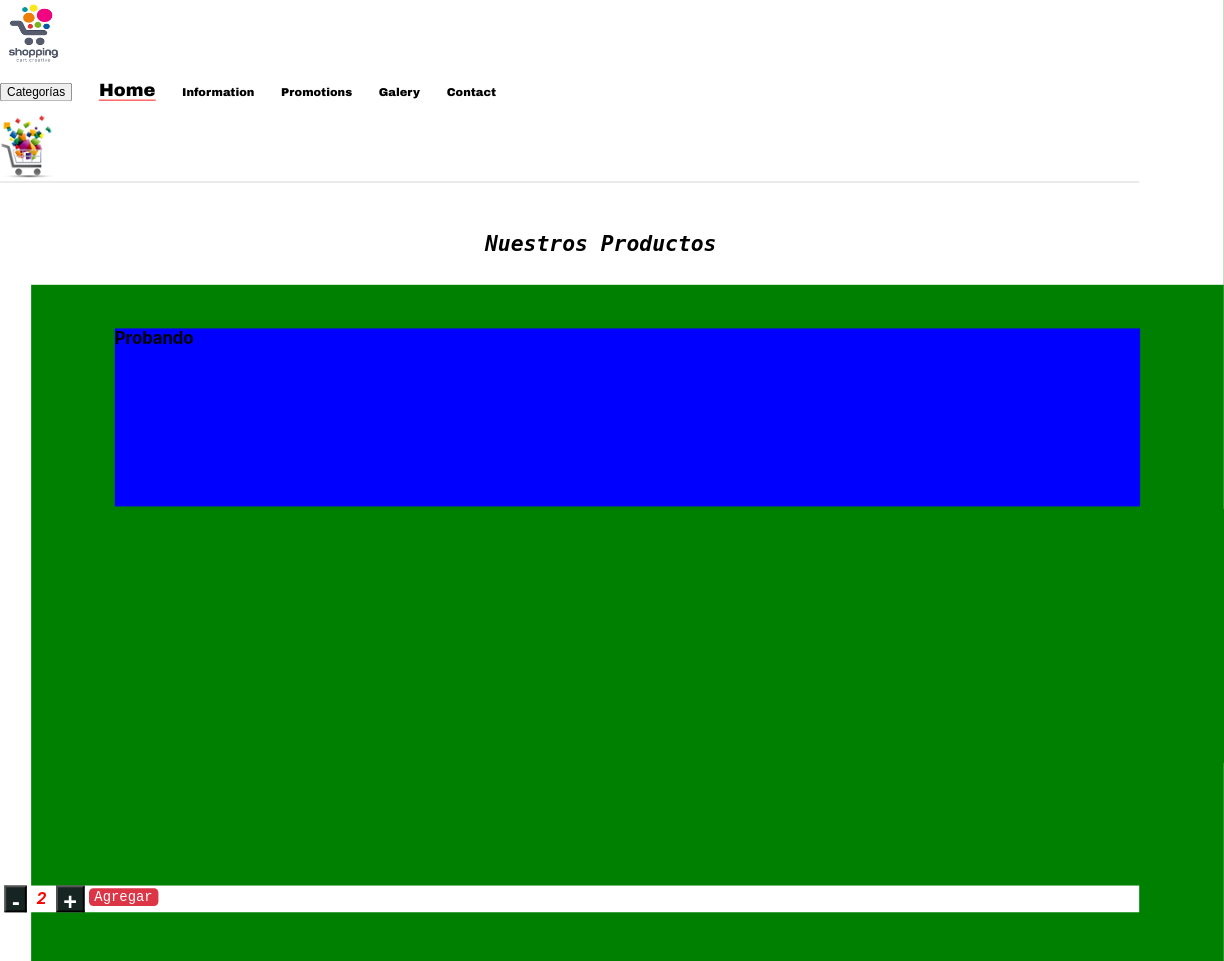
Repository: gustavomanuelquintana/CoderRepository
Page: / (app in cards-commers/)
The author's editor kept a copy of each file at every save. The page is drawn from the files as they stood at one save, then again after the next save.
The browser window is 1280 px wide. The page is 1375 px wide, so the pictures cover 1375 px, including what lies to the right of the window. The pictures show the whole page, at 89% of full size.
The project was rebuilt for these pictures with package versions that can differ from the ones it lists, and the page was loaded fresh each time.

Above is the page before, as saved 2020-10-31 14:06:46.

### cards-commers/src/App.js
import React from "react";
import NavBar from "./Components/NavBar/NavBar";
import ItemListContainer from "./Components/ItemListContainer/ItemListContainer";
import ItemCount from "./Components/ItemCount/ItemCount";

function App() {
  let stock= 14;
  const handleAdd = (counter) => {
    return ({stock}) => {
      if (stock <=0){
        alert('No hay stock')
      }else {
        alert(`Se van agregar ${counter} articulos`)
      }
    }
  }

  return (
    <div className="App">
        <NavBar />
        <ItemListContainer titulo='Nuestros Productos'/>
        <ItemCount onAdd={handleAdd}  stock={stock} initial={2} />
    </div>
  );
}

export default App;

### cards-commers/src/Components/NavBar/NavBar.js
import React from "react";
import ImageNavBar from "../../Images/cards-logo.png";
import CartWidget from "../CartWidget/CartWidget";
import Dropdown from "react-bootstrap/Dropdown";
import "./NavBar.css";

const styleFont = {
  fontSize: 20,
  borderBottom: "1px solid red",
};

function NavBar() {
  return (
    <div className=" col-12">
      <div className="header-navBar col-12">
        <div className="row col-12">
          <div className="Logo-navBar col-1">
            <a href="index.html">
            <img src={ImageNavBar} alt="logo" width="75" height="70" />
            </a>
          </div>
          <div className="Links-navBar col-10 mt-3">
            <ul className="List-navBar">
              <li>
                <Dropdown>
                  <Dropdown.Toggle  variant="danger" id="dropdown-basic">
                    Categorías
                  </Dropdown.Toggle>

                  <Dropdown.Menu>
                    <Dropdown.Item   href="#/action-1">
                      Deportes / Fitness
                    </Dropdown.Item>
                    <Dropdown.Item href="#/action-2">
                      Hogar / Electrodomésticos
                    </Dropdown.Item>
                    <Dropdown.Item href="#/action-3">Vehículos</Dropdown.Item>
                  </Dropdown.Menu>
                </Dropdown>
              </li>
              <li>
                <a style={styleFont} href="#">
                  Home
                </a>
              </li>
              <li>
                <a href="#">Information</a>
              </li>
              <li>
                <a href="#">Promotions </a>
              </li>
              <li>
                <a href="#">Galery</a>
              </li>
              <li>
                <a href="#">Contact</a>
              </li>
            </ul>
          </div>
          <div className="carrito-navBar col-1">
            <CartWidget />
          </div>
        </div>
      </div>
    </div>
  );
}

export default NavBar;

### cards-commers/src/Components/ItemListContainer/ItemListContainer.js
import React, {useState, useEffect} from 'react';
import './ItemListContainer.css';
import ItemList from './ItemList/ItemList';

const getList = () => {
    return new Promise( (res) => {
        let products;
        res(
            products = ["nike", "Airmax", "Running fast"]
        )
    });
}


function ItemListContainer({titulo}){
    const [itemList, setItemList] = useState([]);

    // Use effect
    useEffect( () => {
        getList().then( mercaderia => {
           setItemList(mercaderia);
        });
    },[]); // End useEffect

    return (
        <div className="container">
            <h2>{titulo}</h2>
        <ItemList items={itemList} />
        </div>
    );
}



export default ItemListContainer;

### cards-commers/src/Components/ItemCount/ItemCount.js
import React, {useState} from 'react';
import ButtonsCount from './ButtonsCount/ButtonsCount';
import ViewCount from './ViewCount/ViewCount';
import AgregarCount from './AgregarCount/AgregarCount';


    const styleContain={
        backgroundColor:"white",
        display:"flex",
    }
    const styleBox = {
        color:"red",
        fontWeight:"bold",
        fontSize:"1.1em",
        lineHeight:"18px",
        display:"flex",
        justifyContent:"center",
        width:"100px",
        height:"30px",
    }
    const boxAdd ={
        fontWeight: "bold",
        fontSize: "1em",
        color: "red",
    }
    export default function ItemCount({onAdd,stock,initial}) {
        let [counter, counterState] = useState(initial);

    const onClickButton = (amount) => {
        return () => {
            let total = (amount < 0) ? 0 : amount;
            let limiter = (total > stock) ? stock: total;
            counterState(limiter);

        }
    }

    let props = {counter, counterState}

    return (
        <div className="section-car" style={styleContain}>
        <div className="box-count" style={styleBox}>
            <ButtonsCount suma={false} onClick={onClickButton} {...props} />
             <ViewCount value={counter}/>
             <ButtonsCount suma={true} onClick={onClickButton}  {...props}/>
        </div>

        <div  className="box-add" style={boxAdd}> <AgregarCount onAdd= {onAdd} {...{counter}}/> </div>
        </div>
        );
}

### cards-commers/src/Components/CartWidget/CartWidget.js
import React from 'react';
import ImageCarrito from "../../Images/carrito-img.png";

function CartWidget(){
    return (
        <a href="#">
         <img src={ImageCarrito}/>
        </a>
    )
}

export default CartWidget;

### cards-commers/src/Components/NavBar/NavBar.css
img {
  max-width: 100%;
}
.header-navBar {
  background-color: white;
  display: flex;
  width: 100%;
  border-bottom: 1px solid lightgrey;
}

.Logo-navBar img {
  max-height: 8em;
  max-width: 8em;
}
.Links-navBar ul li {
  display: inline-block;
  margin-right: 35px;
  margin: 0 70px 0 -40px;
}
.Links-navBar ul li a {
  color: black;
  font-family: Arial Black;
  font-size: 0.8em;
  font-weight: bold;
  text-decoration: none;
}

### cards-commers/src/Components/ItemListContainer/ItemListContainer.css
.container{
    width:100%;
    max-height:100vh;
    margin: 0.25 auto;
    padding: 35px;
}
.container h2{
    text-align:center;
    font-family: "monospace";
    font-weight:bold;
    font-style: italic;
}

### cards-commers/src/Components/ItemListContainer/ItemList/ItemList.js
import React, {useState, useEffect} from 'react';
import './ItemList.css';
import Item from '../Item/Item';




function ItemList({items}){
return <div className="itemList">
        <Item />
     </div>
}


export default ItemList;

### cards-commers/src/Components/ItemCount/ButtonsCount/ButtonsCount.js
import React from "react";
const styleButton = {
    fontWeight: "bold",
    fontSize:"1.5em",
    background: "#172522",
    color: "white",
    margin:"0 auto",
    height:"100%",
}

export default function ButtonsCount({suma,onClick,counter,counterState}) {

    let signo = suma ? '+' : '-';

    let amount = suma ? (counter + 1) : (counter - 1);

  return ( <button onClick={onClick(amount)} style={styleButton}>{signo}</button> )
}

### cards-commers/src/Components/ItemCount/ViewCount/ViewCount.js
import React from 'react';

const countnumber = {
    margin:"0.35em auto",
    fontStyle:"italic",

}

export default function ViewCount({value}){

    return(
        <div style={countnumber} className="countNumber">{value}</div>
    )
}

### cards-commers/src/Components/ItemCount/AgregarCount/AgregarCount.js
import React from 'react';

const agregarcount = {
    borderRadius:"5px",
    border:"none",
    margin:"0.2em auto",
    background:"#dc3545",
    color:"white",
    fontFamily:"monospace",
    fontSize:"1.2em",
}
export default function AgregarCount({onAdd, counter}){

    const agregarCount = () =>{};

    return(
        <div>
            <button style={agregarcount} onClick={onAdd(counter)}>Agregar</button>
        </div>
    )
}

### cards-commers/src/Components/ItemListContainer/ItemList/ItemList.css
.itemList{
    width:100%;
    height:700px;
    background-color:green;
    padding:30px 30px 30px 30px;
    margin:2em auto;
}

### cards-commers/src/Components/ItemListContainer/Item/Item.js
import React from 'react';
import './Item.css'

function Item(){
    return <div className="Item">
        <h3>Probando</h3>
    </div>

}

export default Item;

### cards-commers/src/Components/ItemListContainer/Item/Item.css
.Item{
    background-color: blue;
    margin:0.25em auto;
    width:90%;
    height:200px;
}

Loaded but not shown: cards-commers/public/index.html (common file); cards-commers/src/index.js (common file); cards-commers/src/index.css (common file); cards-commers/src/serviceWorker.js (common file)

After the next save:
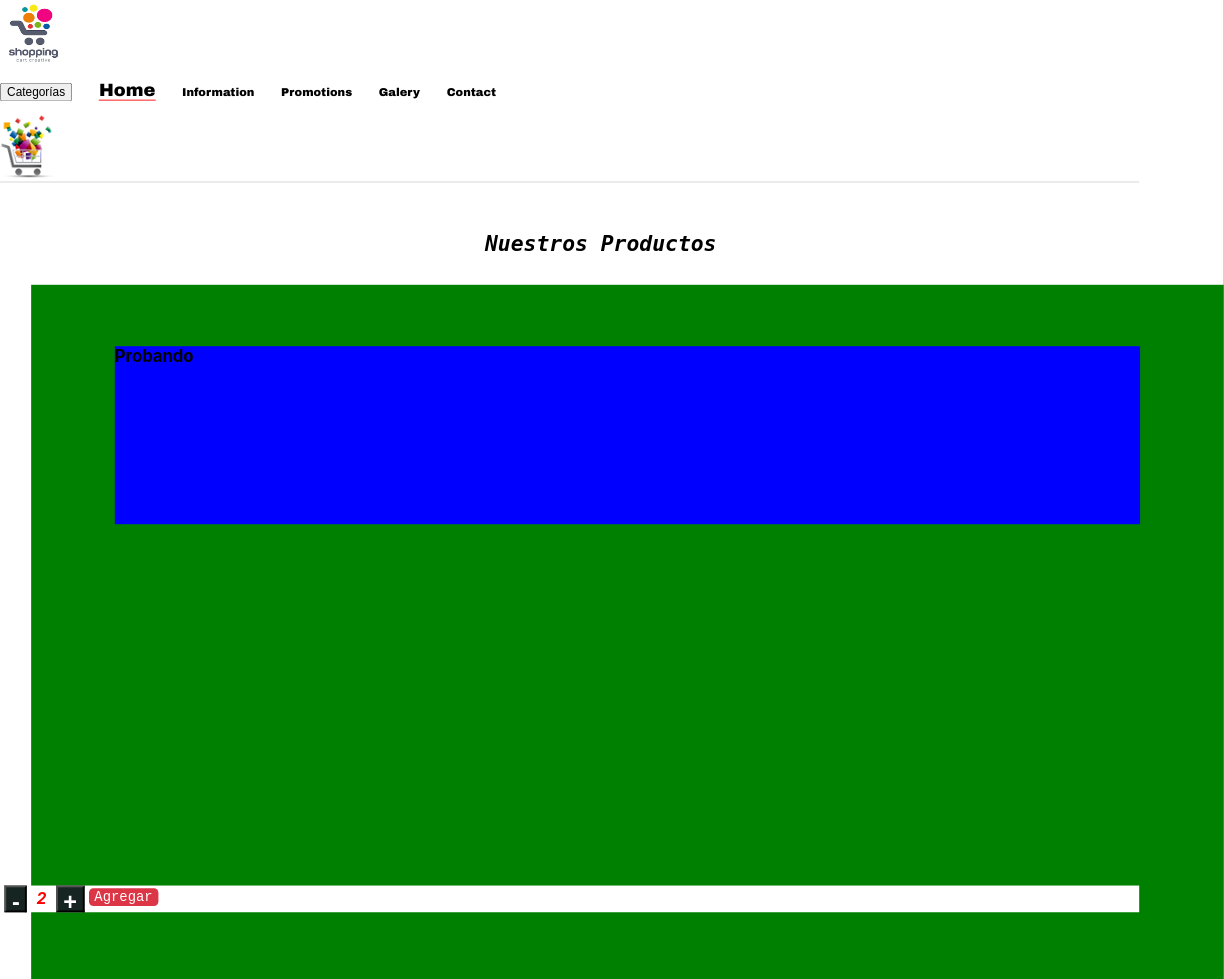
Saved 7 s later.
--- a/cards-commers/src/Components/ItemListContainer/ItemList/ItemList.css
+++ b/cards-commers/src/Components/ItemListContainer/ItemList/ItemList.css
@@ -2,6 +2,6 @@
     width:100%;
     height:700px;
     background-color:green;
-    padding:30px 30px 30px 30px;
+    padding:50px 30px 30px 30px;
     margin:2em auto;
 }
